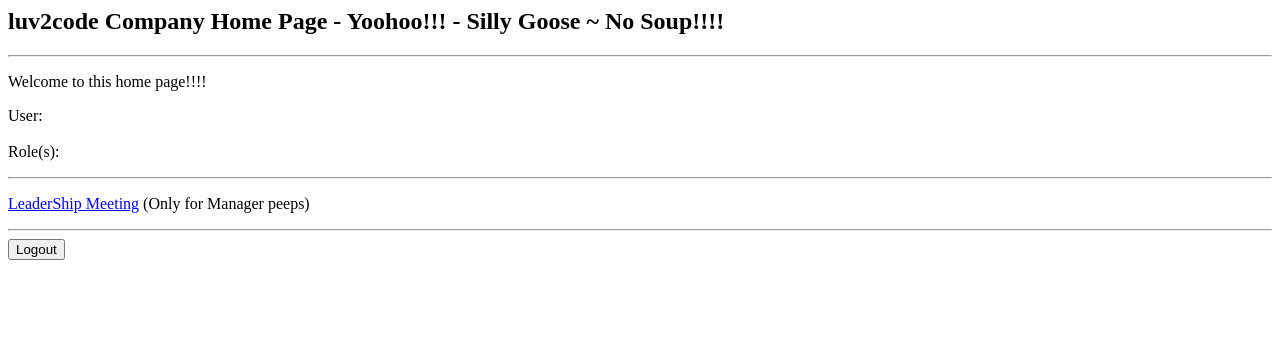
Repository: JT12s/Ecllipse-SpringPrcaticeProject
Page: http://localhost/spring-security-demo-07-user-roles/WEB-INF/view/home.jsp
These files come from the project's save history. The page is drawn as it stood at one moment and after the next save; the edit follows.
The browser window is 1280 px wide. The pictures show the whole page.
The page is served by Tomcat 9. Nobody is signed in. Other server files are loaded and not shown. The template is opened directly, without the code that normally fills it, so the values that code supplies are empty.

Above is the page before, as saved 2022-08-07 00:41:50.

### spring-security-demo-07-user-roles/src/main/webapp/WEB-INF/view/home.jsp
<%@ taglib prefix="form" uri="http://www.springframework.org/tags/form" %>
<%@ taglib prefix="security" uri="http://www.springframework.org/security/tags" %>

<html>

<head>

	<title>luv2code Company Home Page</title>
</head>

<body>
	<h2>luv2code Company Home Page - Yoohoo!!! - Silly Goose ~ No Soup!!!!</h2>
	<hr>

	<p>
	Welcome to this home page!!!!
	</p>

	<p>
		User: <security:authentication property="principal.username" />
		<br><br>
		Role(s):<security:authentication property="authorities"/>
	</p>

	<hr>

	<!-- Add a link to point to /leaders ... this is for the managers -->

	<p>
		<a href="${pageContext.request.contextPath}/leaders">LeaderShip Meeting</a>
		(Only for Manager peeps)
	<hr>


	<!-- Add a logout button -->
	<form:form action="${pageContext.request.contextPath }/logout" method="POST">
		<input type="submit" value="Logout" />
	</form:form>
</body>

</html>

After the next save:
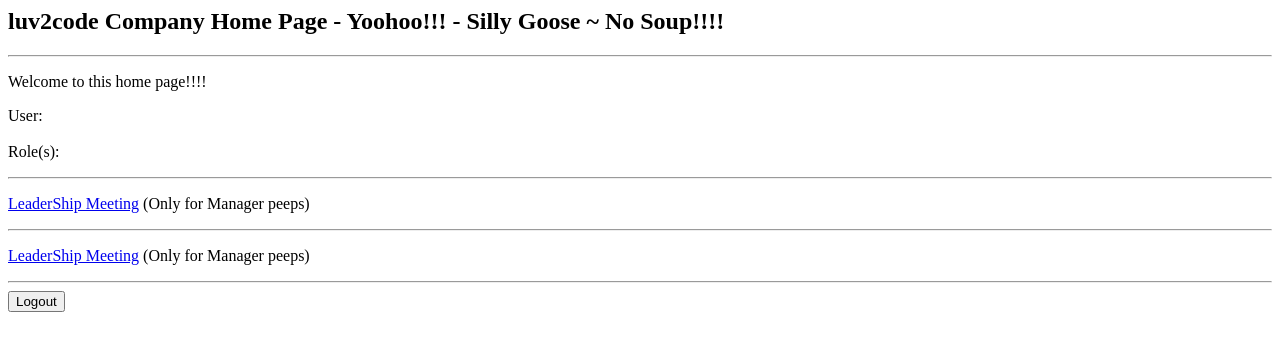
Saved 2 min 42 s later.
--- a/spring-security-demo-07-user-roles/src/main/webapp/WEB-INF/view/home.jsp
+++ b/spring-security-demo-07-user-roles/src/main/webapp/WEB-INF/view/home.jsp
@@ -31,6 +31,12 @@
 		(Only for Manager peeps)
 	<hr>
 
+	<!-- Add a link to point to /systems ... this is for the admins -->
+
+	<p>
+		<a href="${pageContext.request.contextPath}/leaders">LeaderShip Meeting</a>
+		(Only for Manager peeps)
+	<hr>
 
 	<!-- Add a logout button -->
 	<form:form action="${pageContext.request.contextPath }/logout" method="POST">
